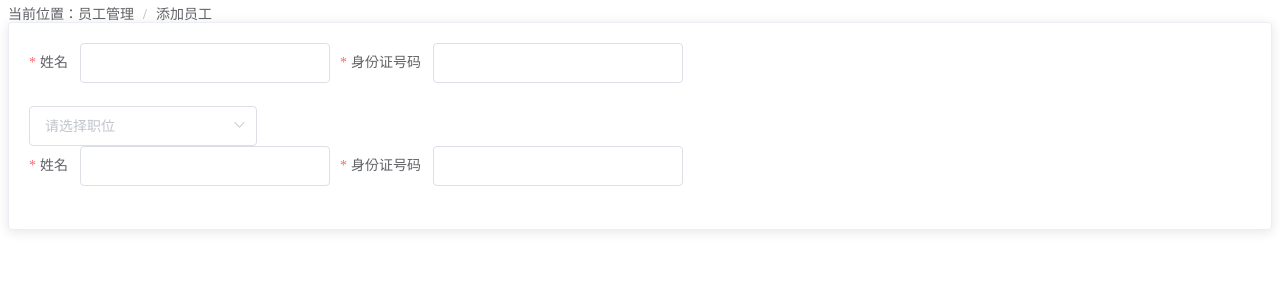
Repository: YUNjwyao/vue_hrm
Page: /#/addEmployee
The author's editor kept a copy of each file at every save. The page is drawn from the files as they stood at one save, then again after the next save.
The browser window is 1280 px wide. The pictures show the whole page.
The project was rebuilt for these pictures with package versions that can differ from the ones it lists, and the page was loaded fresh each time. Also part of the build but not shown: src/components/Employee/EmployeeQuery.vue.

Above is the page before, as saved 2020-10-15 20:34:07.

### src/App.vue
<template>
  <div id="app">
     <!-- 路由占位符 -->
     <router-view></router-view>
  </div>
</template>

<script>

export default {

}
</script>

<style lang="less" scoped>

</style>

### src/router/index.js
import Vue from 'vue'
import VueRouter from 'vue-router'
import EmployeeQuery from '../components/Employee/EmployeeQuery.vue'
import ShowAddEmployee from '../components/Employee/ShowAddEmployee.vue'

Vue.use(VueRouter)

const routes = [
 {
   path: '/employee',component: EmployeeQuery
 },
 {
   path: '/addEmployee',component: ShowAddEmployee
 }
]

const router = new VueRouter({
  routes
})

export default router

### src/plugins/element.js
import Vue from 'vue'
import {
    Button,
    Breadcrumb,
    BreadcrumbItem,
    Card,
    Select,
    Option,
    Input,
    Row,
    Table,
    TableColumn,
    Pagination,
    Form,
    FormItem
} from 'element-ui'


Vue.use(Button)
Vue.use(Breadcrumb)
Vue.use(BreadcrumbItem)
Vue.use(Card)
Vue.use(Select)
Vue.use(Option)
Vue.use(Input)
Vue.use(Row)
Vue.use(Table)
Vue.use(TableColumn)
Vue.use(Pagination)
Vue.use(Form)
Vue.use(FormItem)

### src/components/Employee/ShowAddEmployee.vue
<template>
  <div>
    <!-- 面包屑导航 -->
    <el-breadcrumb separator="/">
      <el-breadcrumb-item>当前位置：员工管理</el-breadcrumb-item>
      <el-breadcrumb-item><a href="/">添加员工</a></el-breadcrumb-item>
    </el-breadcrumb>
    <!-- 表单 -->
    <el-card>
      <el-form
        :model="addForm"
        :rules="addFormRules"
        ref="addFormRef"
        :inline="true"
      >
        <el-row>
          <el-col :span="8">
            <el-form-item label="姓名" prop="name">
              <el-input v-model="addForm.name"></el-input>
            </el-form-item>
          </el-col>
          <el-col :span="8">
            <el-form-item label="身份证号码" prop="IdNumber">
              <el-input v-model="addForm.IdNumber"></el-input>
            </el-form-item>
          </el-col>
        </el-row>
    <!-- 选择框 -->
	  <el-select v-model="value" placeholder="请选择职位">
          <el-option
            v-for="item in options"
            :key="item.value"
            :label="item.label"
            :value="item.value"
          >
          </el-option>
        </el-select>



        <el-row>
          <el-col :span="8">
            <el-form-item label="姓名" prop="name">
              <el-input v-model="addForm.name"></el-input>
            </el-form-item>
          </el-col>
          <el-col :span="8">
            <el-form-item label="身份证号码" prop="IdNumber">
              <el-input v-model="addForm.IdNumber"></el-input>
            </el-form-item>
          </el-col>
        </el-row>
      </el-form>
    </el-card>
  </div>
</template>

<script>
export default {
  data() {
    return {
      // 添加表单对象
      addForm: {
        name: "",
        IdNumber: "",
      },
      // 添加表单校验规则对象
      addFormRules: {
        name: [
          { required: true, message: "请输入活动名称", trigger: "blur" },
          { min: 3, max: 5, message: "长度在 3 到 5 个字符", trigger: "blur" },
        ],
        IdNumber: [
          { required: true, message: "请输入活动名称", trigger: "blur" },
        ],
	  },
	   options: [
        {
          value: "选项1",
          label: "经理",
        },
        {
          value: "选项2",
          label: "职员",
        },
      ]
    };
  },
};
</script>

<style lang="less" scoped>
.el-input {
  width: 250px;
}
</style>

Loaded but not shown: public/index.html (common file); src/main.js (common file); src/store/index.js (common file)

After the next save:
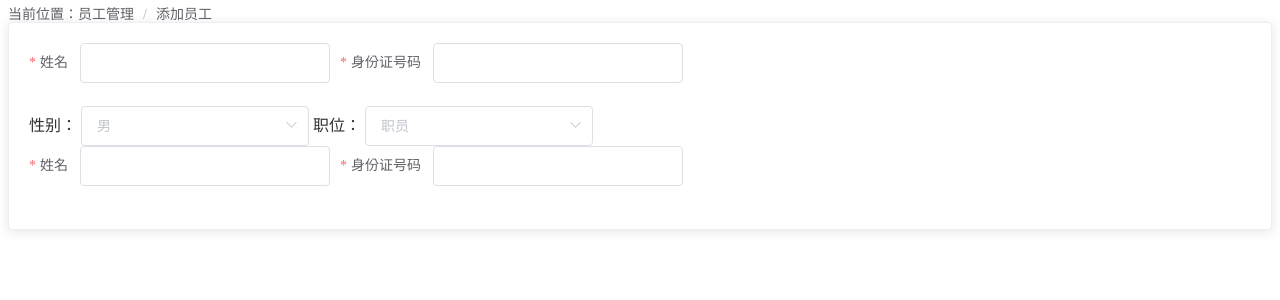
Saved 2 min 5 s later.
--- a/src/components/Employee/ShowAddEmployee.vue
+++ b/src/components/Employee/ShowAddEmployee.vue
@@ -26,7 +26,8 @@
           </el-col>
         </el-row>
     <!-- 选择框 -->
-	  <el-select v-model="value" placeholder="请选择职位">
+	性别：
+	  <el-select v-model="value" placeholder="男">
           <el-option
             v-for="item in options"
             :key="item.value"
@@ -35,7 +36,16 @@
           >
           </el-option>
         </el-select>
-
+      职位：
+	  <el-select v-model="value" placeholder="职员">
+          <el-option
+            v-for="item in optionsJob"
+            :key="item.value"
+            :label="item.label"
+            :value="item.value"
+          >
+          </el-option>
+        </el-select>
 
 
         <el-row>
@@ -83,6 +93,16 @@ export default {
           value: "选项2",
           label: "职员",
         },
+	  ],
+	  options: [
+        {
+          value: "选项1",
+          label: "男",
+        },
+        {
+          value: "选项2",
+          label: "女",
+        },
       ]
     };
   },
